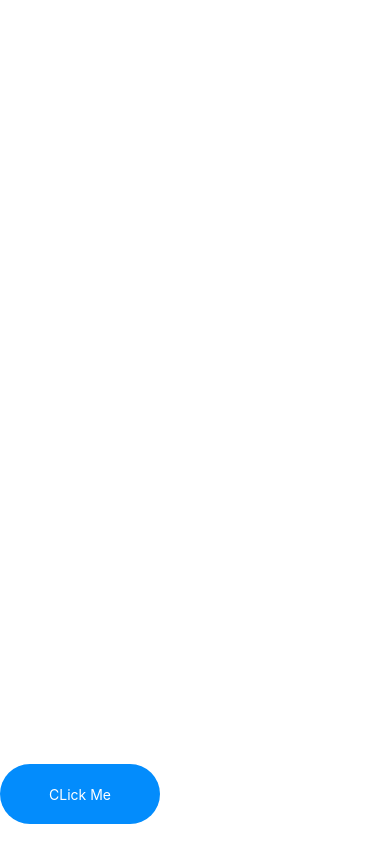
Repository: CodeBunny786/React-Native-Reveal-Animation
Screen: /
The author's editor kept a copy of each file at every save. The screen is drawn from the files as they stood at one save, then again after the next save.
The app was drawn by React Native's web renderer in a window 390 px wide. The project was rebuilt for these pictures with package versions that can differ from the ones it lists, and the page was loaded fresh each time.

Above is the screen before, as saved 2019-10-28 11:59:21.

After the next save:
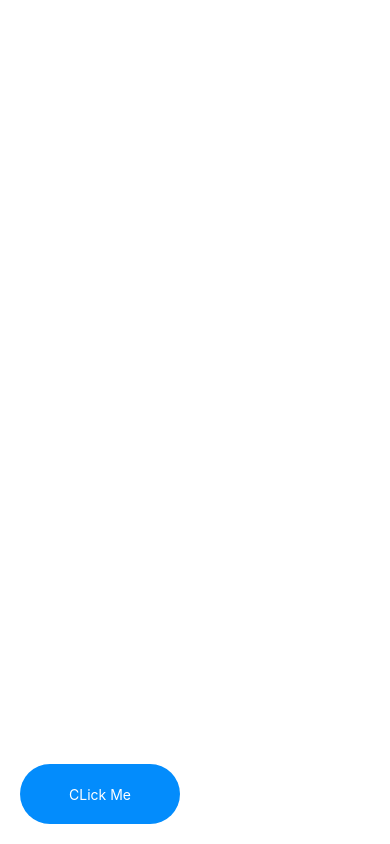
Saved 8 s later.
--- a/App.js
+++ b/App.js
@@ -78,6 +78,8 @@ const styles = StyleSheet.create({
     position: "absolute",
     bottom: 20,
     // right: 20,
+    right: 20,
+     left:20,
   },
   other: {
     backgroundColor: "#FFF",
